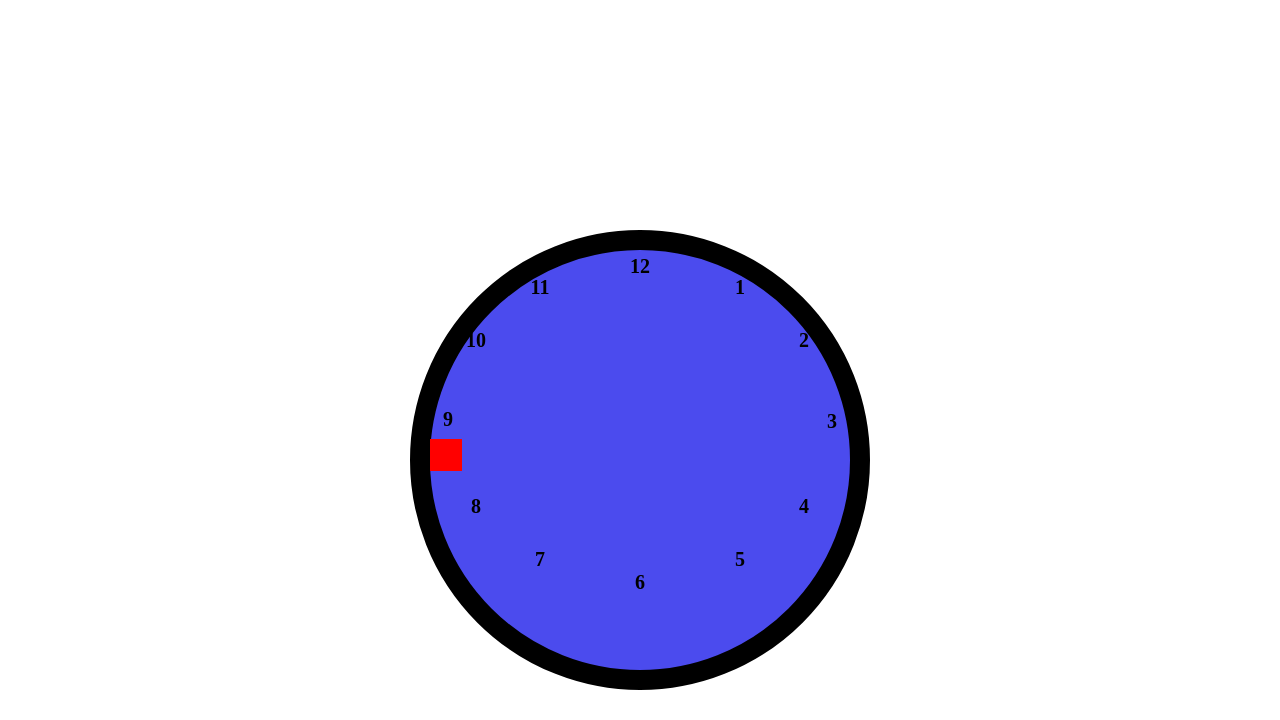
Repository: Eugene44-hub/Analog-clock
Page: index.html
These files come from the project's save history. The page is drawn as it stood at one moment and after the next save; the edit follows.
The browser window is 1280 px wide. The pictures show the whole page.

Above is the page before, as saved 2021-09-04 15:36:41.

### index.html
<!DOCTYPE html>
<html lang="en">

<head>
    <meta charset="UTF-8">
    <meta http-equiv="X-UA-Compatible" content="IE=edge">
    <meta name="viewport" content="width=device-width, initial-scale=1.0">
    <title>Document</title>
    <link rel="stylesheet" href="style.css">
</head>

<body>
    <div class="clock">
        <div class="numbers">
            <div class="circle"></div>

            <div class="num1">1</div>
            <div class="num2">2</div>
            <div class="num3">3</div>
            <div class="num4">4</div>
            <div class="num5">5</div>
            <div class="num6">6</div>
            <div class="num7">7</div>
            <div class="num8">8</div>
            <div class="num9">9</div>
            <div class="num10">10</div>
            <div class="num11">11</div>
            <div class="num12">12</div>
        </div>
    </div>
</body>

</html>

### style.css
* {
    padding: 0;
    margin: 0;
}

.clock {
    background-color: rgb(75, 75, 238);
    height: 400px;
    width: 400px;
    border: 20px solid black;
    text-align: center;
    font-weight: bold;
    font-family: cursive;
    font-size: 20px;
    transform: translate(0, 50%);
    position: relative;
    border-radius: 50%;
    margin: auto;
    padding: 10px;
}

.circle {
    background-color: red;
    position: absolute;
    top: 45%;
    left: 0%;
    width: 32px;
    height: 32px;
    border: 50%;
}

.num6 {
    transform: translate(0, 850%);
}

.num9 {
    transform: translate(-48%, -155%);
}

.num12 {
    transform: translate(0, -1120%);
}

.num3 {
    transform: translate(48%, 450%);
}

.num1 {
    transform: translate(25%, 70%);
}

.num2 {
    transform: translate(41%, 200%);
}

.num4 {
    transform: translate(41%, 720%);
}

.num11 {
    transform: ;
}

.num5 {
    transform: translate(25%, 850%);
}

.num5 {
    transform: translate(25%, 850%);
}

.num7 {
    transform: translate(-25%, 650%);
}

.num8 {
    transform: translate(-41%, 320%);
}

.num11 {
    transform: translate(-25%, -930%)
}

.num10 {
    transform: translate(-41%, -600%);
}


/* .num1,
.num2,
.num3,
.num4,
.num5,
.num6,
.num7,
.num8,
.num9,
.num10,
.num11,
.num12 {
    padding: 15px;
} */


/* .num1 {
    transform: translate(28%, 100%);
}

.num2 {
    transform: translate(44%, 260%);
}

.num3 {
    transform: translate(48%, 489%);
}

.num4 {
    transform: translate(44%, 750%);
}

.num5 {
    transform: translate(28%, 890%);
}

.num6 {
    transform: translate(0, 890%);
}

.num7 {
    transform: translate(24%, 694%);
}

.num8 {
    transform: translate(-44%, 350%)
}

.num9 {
    transform: translate(-48%, -100%);
}

.num10 {
    transform: translate(-44%, -540%);
}

.num11 {
    transform: translate(-28%, -900%);
}

.num12 {
    transform: translate(0, -1130%);
} */

After the next save:
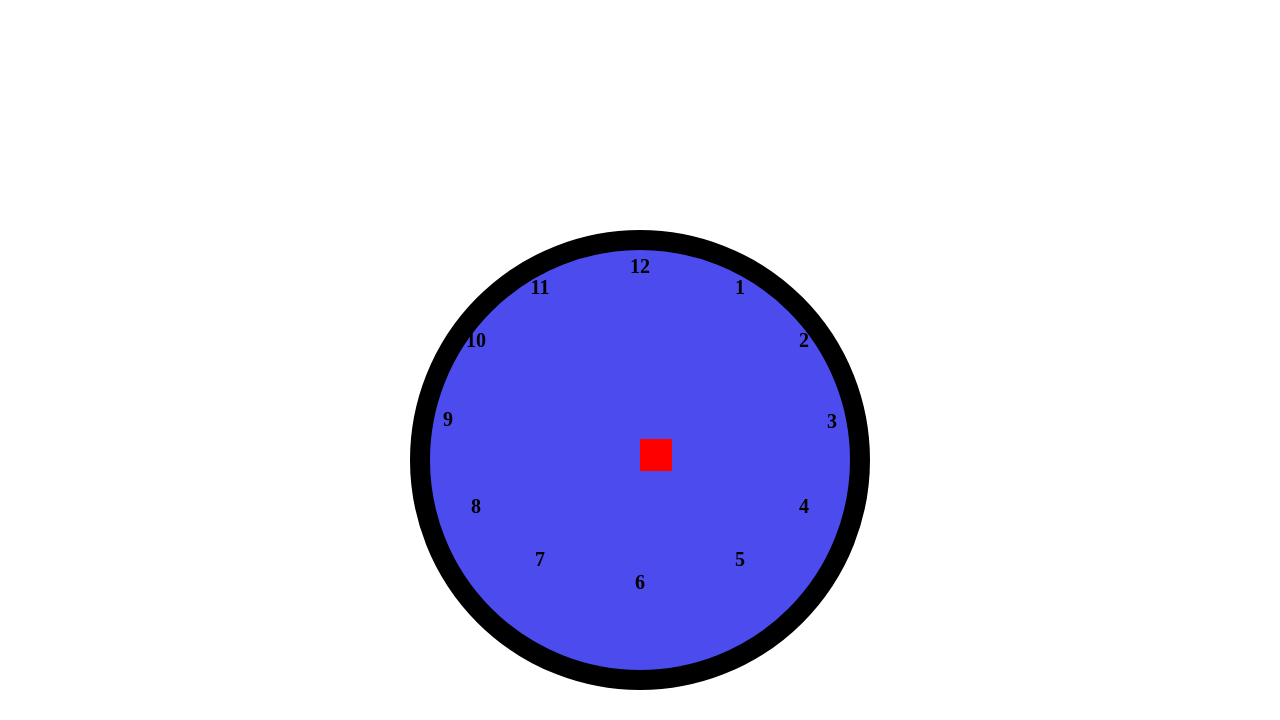
Saved 9 s later.
--- a/style.css
+++ b/style.css
@@ -23,7 +23,7 @@
     background-color: red;
     position: absolute;
     top: 45%;
-    left: 0%;
+    left: 50%;
     width: 32px;
     height: 32px;
     border: 50%;
